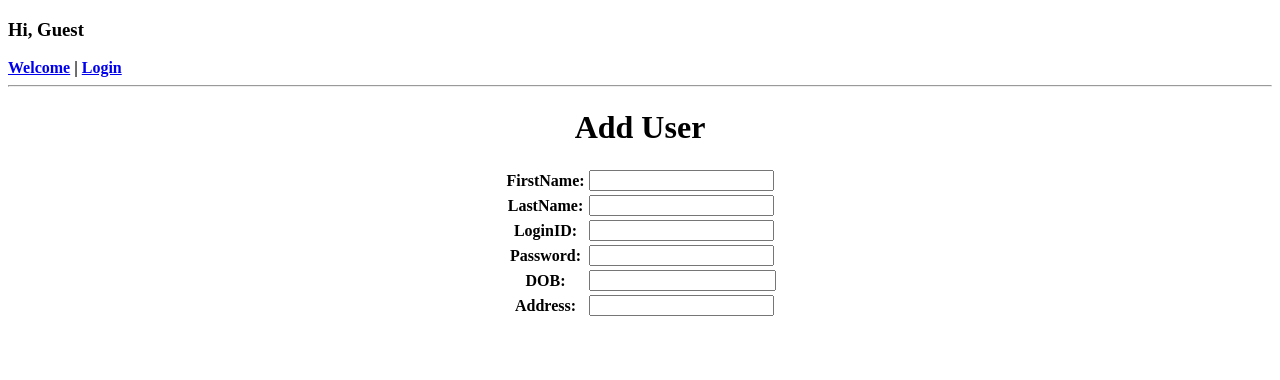
Repository: Suraj141203/DynamicWebProject
Page: http://localhost/advance-java-web/UserView.jsp
These files come from the project's save history. The page is drawn as it stood at one moment and after the next save; the edit follows.
The browser window is 1280 px wide. The pictures show the whole page.
The page is served by Tomcat 9. Other server files are loaded and not shown.

Above is the page before, as saved 2024-08-06 12:08:09.

### Dynamic Web Project/advance-java-web/WebContent/UserView.jsp
<%@ page language="java" contentType="text/html; charset=ISO-8859-1"
	pageEncoding="ISO-8859-1"%>
<!DOCTYPE html>
<html>
<head>
<meta charset="ISO-8859-1">
<title>Insert title here</title>
</head>
<body>

	<%@ include file="Header.jsp"%>
	<form action="UserCtl" method="post"></form>
	<div align="Center">
		<h1>Add User</h1>

		<%
			String msg = (String) request.getAttribute("msg");
		%>
		<%
			if (msg != null) {
		%><h3>
			<font color="red"> <%=msg%></font>
		</h3>

		<%
			}
		%>
		<table>

			<tr>
				<th>FirstName:</th>
				<td><input type="text" name="firstName"></td>
			</tr>

			<tr>
				<th>LastName:</th>
				<td><input type="text" name="lastName"></td>
			</tr>

			<tr>
				<th>LoginID:</th>
				<td><input type="text" name="loginId"></td>
			</tr>

			<tr>
				<th>Password:</th>
				<td><input type="text" name="password"></td>
			</tr>

			<tr>
				<th>DOB:</th>
				<td><input type="text" name="dob" style="width: 97%"></td>
			</tr>
			<tr>
				<th>Address:</th>
				<td><input type="text" name="address"></td>
			</tr>









		</table>
	</div>
</body>
</html>

### Dynamic Web Project/advance-java-web/WebContent/Header.jsp
<%@page import="in.co.rays.bean.UserBean"%>
<%@ page language="java" contentType="text/html; charset=ISO-8859-1"
	pageEncoding="ISO-8859-1"%>
<!DOCTYPE html>
<html>
<head>
<meta charset="ISO-8859-1">
<title>Insert title here</title>
</head>
<body>
	<%
		UserBean user = (UserBean) request.getAttribute("user");
	%>
	<%
		if (user != null) {
	%>
	<h3>
		Hi ,
		<%=user.getFirstName()%></h3>
	<%
		} else {
	%>
	<h3>Hi, Guest</h3>
	<a href="WelcomeCtl"><b>Welcome</b></a>
	<b>|</b>
	<a href="LoginCtl"><b>Login</b></a>
	<%
		}
	%>
	<hr>
</body>
</html>

After the next save:
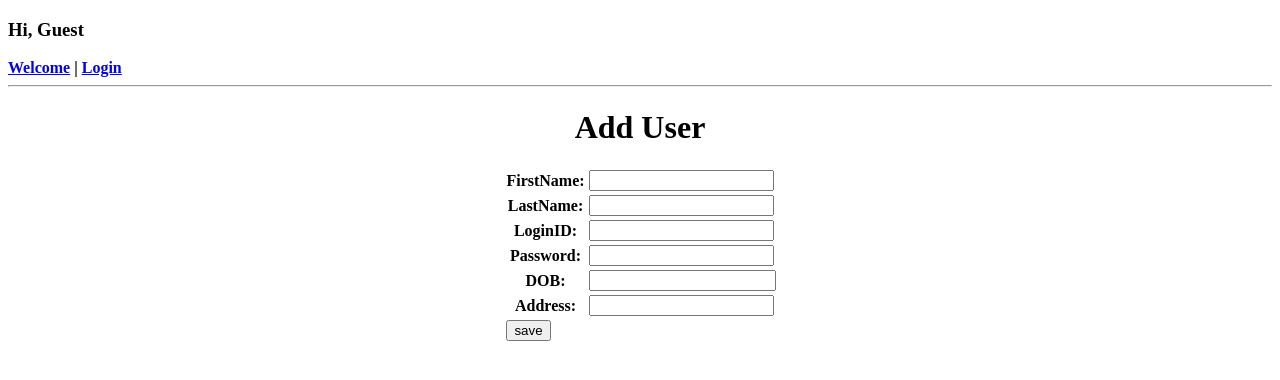
Saved 10 min 37 s later.
--- a/Dynamic Web Project/advance-java-web/WebContent/UserView.jsp
+++ b/Dynamic Web Project/advance-java-web/WebContent/UserView.jsp
@@ -56,12 +56,9 @@
 				<td><input type="text" name="address"></td>
 			</tr>
 
-
-
-
-
-
-
+			<tr>
+				<td><input type="submit" value="save"></td>
+			</tr>
 
 
 		</table>
